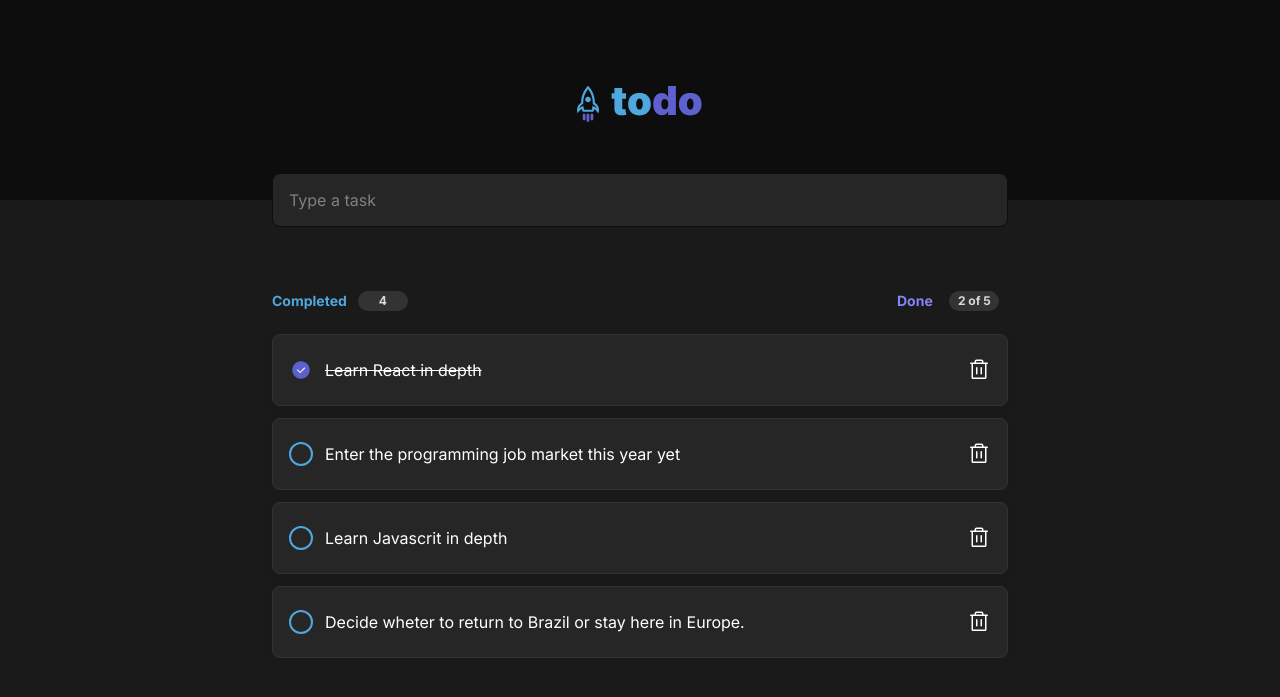
Repository: JoseGu1llardi/to-do-list-D01
Page: /
These files come from the project's save history. The page is drawn as it stood at one moment and after the next save; the edit follows.
The browser window is 1280 px wide. The pictures show the whole page.
The project was rebuilt for these pictures with package versions that can differ from the ones it lists, and the page was loaded fresh each time. Requests to the local data server were answered from the project's data file. Also part of the build but not shown: vite.config.ts.

Above is the page before, as saved 2023-03-13 22:26:02.

### index.html
<!DOCTYPE html>
<html lang="en">
  <head>
    <meta charset="UTF-8" />

    <link rel="preconnect" href="https://fonts.googleapis.com" />
    <link rel="preconnect" href="https://fonts.gstatic.com" crossorigin />

    <link
      href="https://fonts.googleapis.com/css2?family=Inter:wght@400;700&display=swap"
      rel="stylesheet"
    />

    <link rel="icon" type="image/svg+xml" href="/vite.svg" />
    <meta name="viewport" content="width=device-width, initial-scale=1.0" />
    <title>Vite + React + TS</title>
  </head>
  <body>
    <div id="root"></div>
    <script type="module" src="/src/main.tsx"></script>
  </body>
</html>

### src/App.tsx
import { TaskProvider } from './contexts/TaskContext';

import { Header } from "./components/Header";
import { NewTaskForm } from './components/NewTaskForm';
import { TasksList } from "./components/TasksList";

import styles from './App.module.css';
import "./global.css";

function App() {
  return (
    <TaskProvider>
      <Header />

      <NewTaskForm />

      <div className={styles.tasksContainer}>
        <TasksList />
      </div>
    </TaskProvider>
  )
}

export default App

### src/contexts/TaskContext.tsx
import { useState, useEffect, createContext, ReactNode } from 'react';

import api from '../services/api';

export interface TaskType {
    id: number;
    content: string;
    status: boolean;
}

interface TaskProviderProps {
    children: ReactNode;
}

interface TaskConstextData {
    tasks: TaskType[];
}

export const TaskContext = createContext({} as TaskConstextData);

export function TaskProvider({ children }: TaskProviderProps) {
    const [tasks, setTasks] = useState<TaskType[]>([]);

    useEffect(() => {
        api.get("/tasks")
            .then(({ data }) => setTasks(data))
    }, []);

    return (
        <TaskContext.Provider value={{ tasks }}>
            {children}
        </TaskContext.Provider>
    )
}

### src/components/Header/index.tsx
import Logo from '../../assets/Logo (1).svg'

import styles from './styles.module.css';

export function Header() {
    return (
        <header className={styles.container}>
            <img src={Logo} />
        </header>
    )
}

### src/components/NewTaskForm/index.tsx
import styles from './styles.module.css';

export function NewTaskForm() {
    return (
        <form className={styles.newTaskContainer}>
            <input
                type="text"
                className={styles.input}
                placeholder='Type a task'
            />
        </form>
    )
}

### src/components/TasksList/index.tsx
import { useContext } from 'react';

import { TaskContext } from '../../contexts/TaskContext';

import { Task } from '../Task';

import Clipboard from '../../assets/Clipboard.svg';

import styles from './styles.module.css';

export function TasksList() {
    const { tasks } = useContext(TaskContext);

    return (
        <>
            <section className={styles.info}>

                <div className={styles.created}>
                    <span>Completed</span>
                    <div className={styles.counterCreated}>
                        <p>{tasks.length}</p>
                    </div>
                </div>

                <div className={styles.done}>
                    <span>Done</span>
                    <div className={styles.doneCreated}>
                        <span>2 of 5</span>
                    </div>
                </div>

            </section>

            {
                tasks.length === 0 ? (
                    <section className={styles.tasks}>
                        <img src={Clipboard} alt="" />
                        <strong>You don't have tasks registered yet!</strong>
                        <span>Create tasks and organize your to-do list</span>
                    </section>
                ) : (
                    <section className={styles.list}>
                        {
                            tasks.map((task) => (
                                <Task
                                    key={task.id}
                                    content={task.content}
                                    status={task.status}
                                    id={task.id} />
                            ))
                        }
                    </section>
                )
            }
        </>
    )
}

### src/App.module.css
.tasksContainer {
  display: flex;
  flex-direction: column;
  align-items: flex-start;
  padding: 0px;
  gap: 24px;

  position: absolute;
  width: 736px;
  height: 287px;
  left: calc(50% - 736px / 2);
  top: 291px;
}

### src/global.css
:root {
  // Base
  --gray-100: #f2f2f2;
  --gray-200: #d9d9d9;
  --gray-300: #808080;
  --gray-400: #333333;
  --gray-500: #262626;
  --gray-600: #1a1a1a;
  --gray-700: #0d0d0d;

  --danger: #e25858;

  // Product
  --purple: #8284fa;
  --dark-purple: #5e60ce;
  --blue: #4ea8de;
  --dark-blue: #1e6f9f;
}

* {
  margin: 0;
  padding: 0;
  box-sizing: border-box;
}

body {
  color: #fff;
  background: var(--gray-600);

  width: 100%;
  height: 100%;
  max-height: 1024px;
  position: relative;
}

body,
input,
textarea,
button {
  font-family: "Inter", sans-serif;
  font-weight: 400;
  font-size: 1rem;
}

### src/services/api.ts
import axios from 'axios';

const api = axios.create({
    baseURL: "http://localhost:3000"
});

export default api;

### src/components/Header/styles.module.css
.container {
  position: absolute;
  height: 12.5rem;
  max-width: 100%;
  left: 0;
  right: 0;
  top: 0;

  display: flex;
  align-items: center;
  justify-content: center;

  background: var(--gray-700);
}

.container img {
  position: absolute;
  width: 7.875rem;
  height: 3rem;
}

### src/components/NewTaskForm/styles.module.css
.newTaskContainer {
  display: flex;
  flex-direction: row;
  align-items: center;
  padding: 0px;
  gap: 8px;

  position: absolute;
  width: 46rem;
  height: 3.375rem;
  left: calc(50% - 736px / 2);
  top: 10.8125rem;
}

.input {
  box-sizing: border-box;

  display: flex;
  flex-direction: row;
  align-items: center;
  padding: 16px;
  gap: 8px;

  width: 638px;
  height: 54px;

  background: var(--gray-500);
  color: #fff;

  border: 1px solid var(--gray-700);
  border-radius: 8px;

  flex: none;
  order: 0;
  flex-grow: 1;
}

.input:focus {
  outline: transparent;
  box-shadow: 0 0 0 2px var(--dark-purple);
}

.input::placeholder {
  color: var(--gray-300);
}

.button {
  width: 90px;
  height: 52px;

  display: flex;
  flex-direction: row;
  align-items: center;
  justify-content: center;
  gap: 16px;

  border: 0;
  border-radius: 8px;

  background: var(--dark-blue);
  color: white;

  cursor: pointer;

  transition: filter 0.2s;
}

.button span {
  width: 34px;
  height: 20px;

  font-weight: 700;
  font-size: 14px;
  line-height: 140%;

  color: var(--gray-100);

  flex: none;
  order: 0;
  flex-grow: 0;
}

.button img {
  width: 16px;
  height: 16px;

  flex: none;
  order: 1;
  flex-grow: 0;
}

.button:hover {
  background: var(--blue);
  filter: brightness(0.8);
}

### src/components/Task/index.tsx
import { useState, useContext } from 'react';

import api from '../../services/api';

import { TaskContext } from '../../contexts/TaskContext';

import { Trash } from '@phosphor-icons/react'

import styles from './styles.module.css';

interface TasksProps {
    id: number;
    content: string;
    status: boolean;
}[]

export function Task({ content, status, id }: TasksProps) {
    const [isChecked, setIsChecked] = useState(status);

    async function changeTaskStatus() {
        const response = await api.patch(`/tasks/${id}`, {
            status: !isChecked
        });

        setIsChecked(response.data.status);
    }

    return (
        <section className={styles.task}>
            <div>
                <input
                    id='checked'
                    type="checkbox"
                    checked={isChecked}
                    onClick={changeTaskStatus}
                />
                <span
                    className={isChecked ? styles.isChecked : ''}
                >
                    {content}
                </span>
            </div>
            <Trash size={20} />
        </section>
    )
}

### src/components/TasksList/styles.module.css
.info {
  display: flex;
  flex-direction: row;
  justify-content: space-between;
  align-items: flex-end;
  padding: 0px;

  width: 736px;
  height: 19px;

  flex: none;
  order: 0;
  align-self: stretch;
  flex-grow: 0;
}

.created {
  display: flex;
  flex-direction: row;
  align-items: center;
  padding: 0px;
  gap: 8px;

  width: 139px;
  height: 19px;

  order: 0;
  flex-grow: 0;
}

.created span {
  font-family: "Inter";
  font-style: normal;
  font-weight: 700;
  font-size: 14px;
  line-height: 17px;

  color: var(--blue);

  flex: none;
  order: 0;
  flex-grow: 0;
}

.counterCreated {
  display: flex;
  flex-direction: row;
  justify-content: center;
  align-items: center;
  padding: 2px 8px;
  gap: 10px;
  margin: 0 auto;

  width: 50px;
  height: 20px;

  background: #333333;
  border-radius: 999px;

  order: 1;
  flex-grow: 0;
}

.counterCreated p {
  display: flex;
  flex-direction: row;
  font-style: normal;
  font-weight: 700;
  font-size: 12px;
  line-height: 15px;

  color: var(--gray-200);
}

.done {
  display: flex;
  box-sizing: border-box;
  flex-direction: row;
  align-items: center;
  padding: 0px;
  gap: 8px;

  width: 111px;
  height: 19px;

  order: 1;
  flex-grow: 0;
}

.done span {
  font-family: "Inter";
  font-style: normal;
  font-weight: 700;
  font-size: 14px;
  line-height: 17px;

  color: #8284fa;

  flex: none;
  order: 0;
  flex-grow: 0;
}

.doneCreated {
  display: flex;
  flex-direction: row;
  justify-content: center;
  box-sizing: border-box;
  align-items: center;
  padding: 2px 8px;
  gap: 10px;
  margin: 0 auto;

  width: 50px;
  height: 20px;

  background: #333333;
  border-radius: 999px;

  order: 1;
  flex-grow: 0;
}

.doneCreated span {
  display: flex;
  flex-direction: row;
  font-style: normal;
  font-weight: 700;
  font-size: 12px;
  line-height: 15px;

  color: var(--gray-200);
}

.tasks {
  box-sizing: border-box;

  display: flex;
  flex-direction: column;
  justify-content: center;
  align-items: center;
  padding: 64px 24px;
  gap: 16px;

  width: 736px;
  height: 244px;

  border-top: 1px solid #333333;
  border-radius: 8px;

  flex: none;
  order: 1;
  align-self: stretch;
  flex-grow: 0;
}

.tasks img {
  width: 56px;
  height: 56px;

  flex: none;
  order: 0;
  flex-grow: 0;
}

.tasks strong {
  display: block;
  font-style: normal;
  font-weight: 700;
  font-size: 16px;

  text-align: center;

  color: var(--gray-300);

  flex: none;
  align-self: stretch;
  flex-grow: 0;
}

.tasks span {
  font-style: normal;
  font-weight: 300;
  font-size: 16px;

  color: var(--gray-300);
}

.list {
  display: flex;
  flex-direction: column;
  align-items: flex-start;
  padding: 0px;
  gap: 12px;

  width: 736px;
  height: 382px;

  /* Inside auto layout */

  flex: none;
  order: 1;
  flex-grow: 0;
}

### src/components/Task/styles.module.css
.task {
  box-sizing: border-box;

  display: flex;
  flex-direction: row;
  align-items: center;
  flex-direction: row;
  justify-content: space-between;
  padding: 16px;
  gap: 12px;

  width: 736px;
  height: 72px;

  /* Gray 500 */

  background: #262626;
  /* Gray 400 */

  border: 1px solid #333333;
  box-shadow: 0px 2px 8px rgba(0, 0, 0, 0.06);
  border-radius: 8px;

  flex: none;
  order: 0;
  align-self: stretch;
  flex-grow: 0;
}

.task div {
  display: flex;
  flex-direction: row;
  align-items: center;
  flex-direction: row;
  gap: 12px;
}

.isChecked {
  text-decoration: line-through;
}

.task input[type="checkbox"] {
  -webkit-appearance: none;
  -moz-appearance: none;

  width: 24px;
  height: 24px;

  border: 2px solid var(--blue);
  border-radius: 50%;
  outline: none;

  background-color: transparent;
  background-position: center;
  background-repeat: no-repeat;

  cursor: pointer;

  flex: none;
  order: 0;
  flex-grow: 0;
}

.task input[type="checkbox"]:checked {
  width: 24px;
  height: 24px;

  transition-duration: all 1s ease;

  border: none;
  background-image: url("./../../assets/Layer 1.svg");
}

.task svg {
  display: flex;
  float: right;
  width: 24px;
  height: 24px;

  border-radius: 4px;

  flex: none;
  order: 2;
  flex-grow: 0;
}

.task svg:hover {
  background: #333333;
  border-radius: 4px;

  color: var(--danger);

  flex: none;
  order: 1;
  flex-grow: 0;

  cursor: pointer;
}

### src/db.json
{
  "tasks": [
    {
      "id": 1,
      "content": "Learn React in depth",
      "status": true
    },
    {
      "id": 2,
      "content": "Enter the programming job market this year yet",
      "status": false
    },
    {
      "id": 3,
      "content": "Learn Javascrit in depth",
      "status": false
    },
    {
      "id": 4,
      "content": "Decide wheter to return to Brazil or stay here in Europe.",
      "status": false
    }
  ]
}

Loaded but not shown: src/main.tsx (common file)

After the next save:
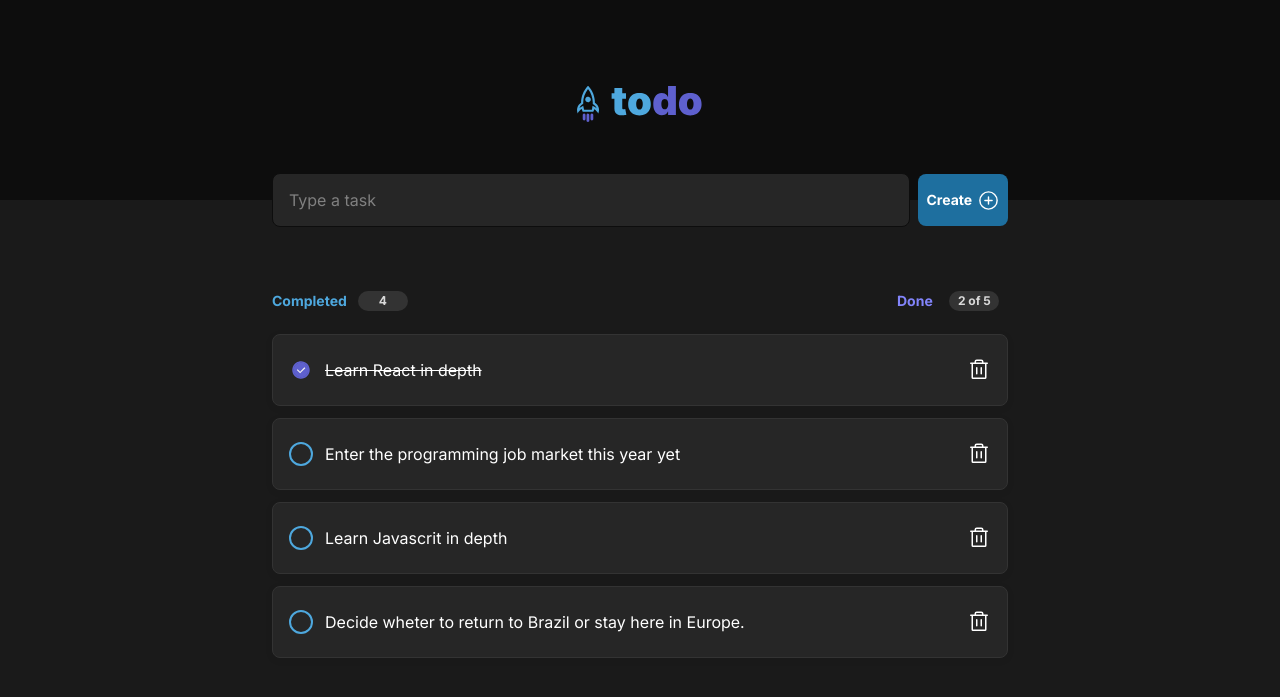
Saved 5 s later.
--- a/src/components/NewTaskForm/index.tsx
+++ b/src/components/NewTaskForm/index.tsx
@@ -1,3 +1,5 @@
+import { PlusCircle } from '@phosphor-icons/react';
+
 import styles from './styles.module.css';
 
 export function NewTaskForm() {
@@ -8,6 +10,11 @@ export function NewTaskForm() {
                 className={styles.input}
                 placeholder='Type a task'
             />
+
+            <button className={styles.button}>
+                <span>Create</span>
+                <PlusCircle size={23} />
+            </button>
         </form>
     )
 }
